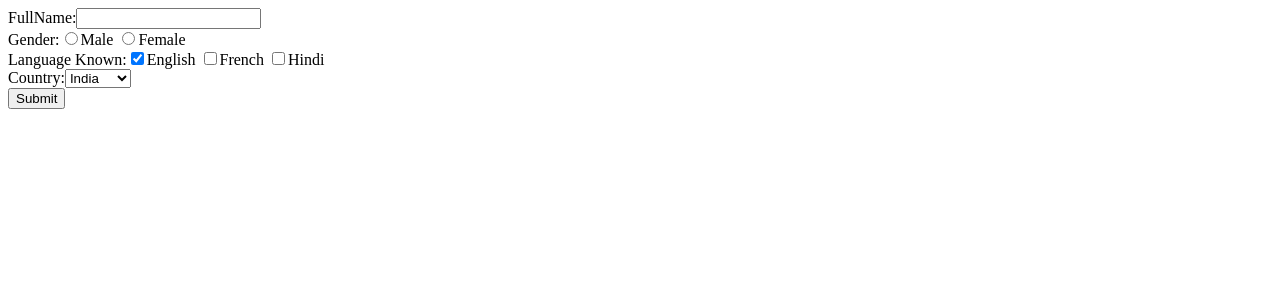
Repository: SurajPawar15-smart/JAVAProjects
Page: http://localhost/FormUnderServlet/form.jsp
These files come from the project's save history. The page is drawn as it stood at one moment and after the next save; the edit follows.
The browser window is 1280 px wide. The pictures show the whole page.
The page is served by Tomcat 9.

Above is the page before, as saved 2020-09-30 20:32:29.

After the next save:
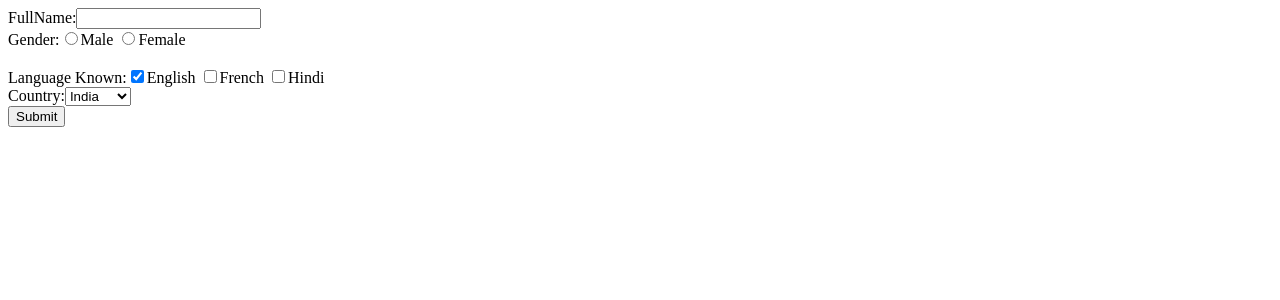
Saved 100 s later.
--- a/FormUnderServlet/WebContent/form.jsp
+++ b/FormUnderServlet/WebContent/form.jsp
@@ -12,12 +12,12 @@
 
 FullName:<input type="text" name="name"><br/>
 Gender:<input type="radio" name="gender" value="male">Male
-       <input type="radio" name="gender" value="Female">Female
+       <input type="radio" name="gender" value="Female">Female<br/>
        <br>
 Language Known:<input type="checkbox" name="langauge" value="english" checked>English
                <input type="checkbox" name="langauge" value="french" >French
                <input type="checkbox" name="langauge" value="hindi" >Hindi
-               <br>
+               <br/>
 
 Country:<select name="country">
 <option value="India">India</option>
@@ -25,7 +25,7 @@
 <option value="Finland">Finland</option>
 <option value="Fiji">Fiji</option>
 </select>
-<br>
+<br/>
 <input type="submit" value="Submit">
 
 </form>

After the save that followed:
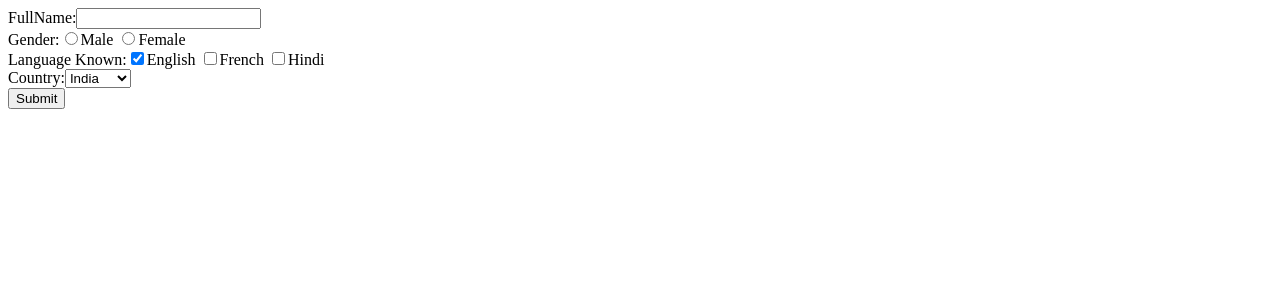
Saved 103 s later.
--- a/FormUnderServlet/WebContent/form.jsp
+++ b/FormUnderServlet/WebContent/form.jsp
@@ -12,8 +12,8 @@
 
 FullName:<input type="text" name="name"><br/>
 Gender:<input type="radio" name="gender" value="male">Male
-       <input type="radio" name="gender" value="Female">Female<br/>
-       <br>
+       <input type="radio" name="gender" value="Female">Female
+       <br/>
 Language Known:<input type="checkbox" name="langauge" value="english" checked>English
                <input type="checkbox" name="langauge" value="french" >French
                <input type="checkbox" name="langauge" value="hindi" >Hindi
@@ -26,6 +26,7 @@
 <option value="Fiji">Fiji</option>
 </select>
 <br/>
+
 <input type="submit" value="Submit">
 
 </form>
